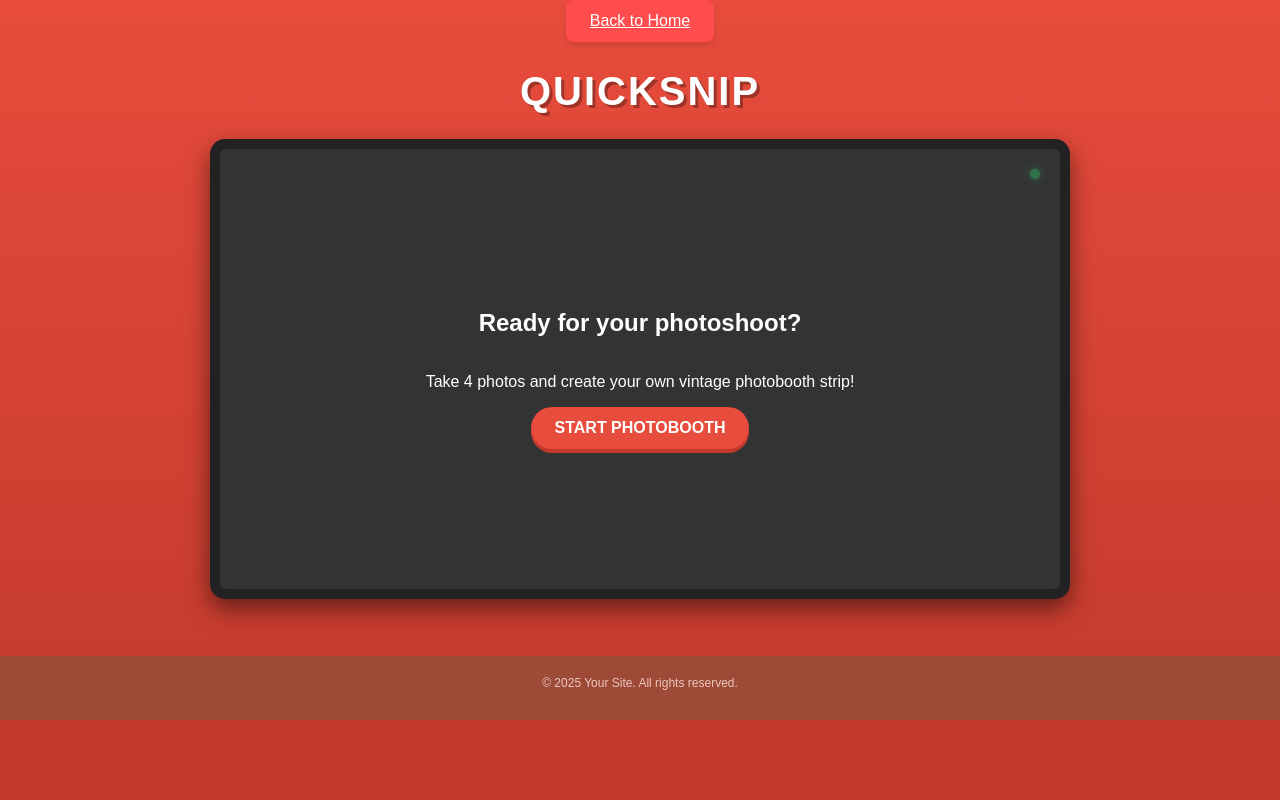
Repository: Strawb3rryjam/QuickSnip
Page: photobooth.html
An editor plug-in stored every save of this project. The page is shown before and after the next save, followed by the edit.
The browser window is 1280 px wide. The pictures show the whole page.
Some web fonts or font styles are not loaded; a fallback is used.

Above is the page before, as saved 2025-05-08 15:48:57.

After the next save:
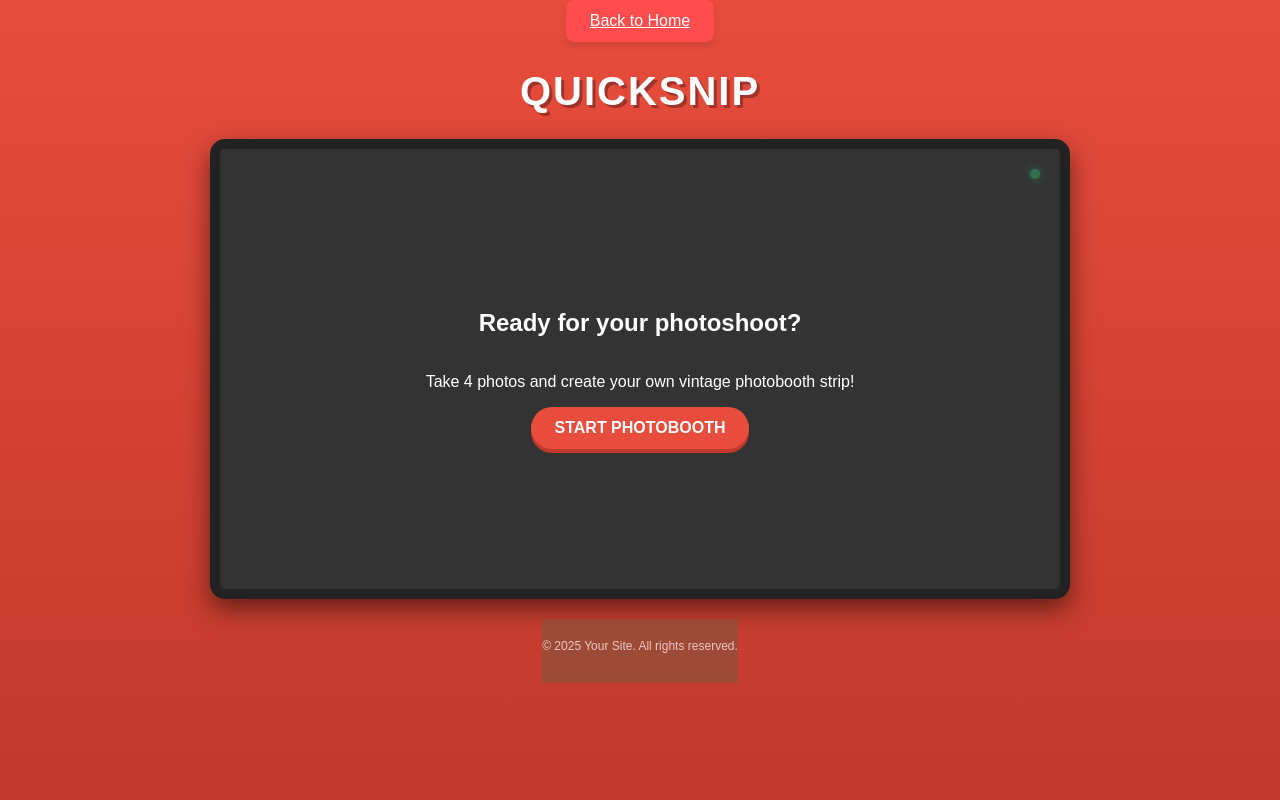
Saved 52 s later.
--- a/styles.css
+++ b/styles.css
@@ -306,15 +306,9 @@ button:disabled {
 }
 
 #copyright {
-  position: fixed;
-  bottom: 0;
-  left: 0;
-  width: 100%;
-  margin-top: 100px; /* Remove margin-top */
   font-size: 12px;
   opacity: 0.7;
-  text-align: center; /* Center the text */
-  background-color: #8C523B; /* Optional: Add background color to make it stand out */
-  padding-top: 20px; /* Optional: Adjust padding for spacing */
-  padding-bottom: 30px;
-}
+  text-align: center;
+  background-color: #8C523B;
+  padding: 20px 0 30px;
+}
